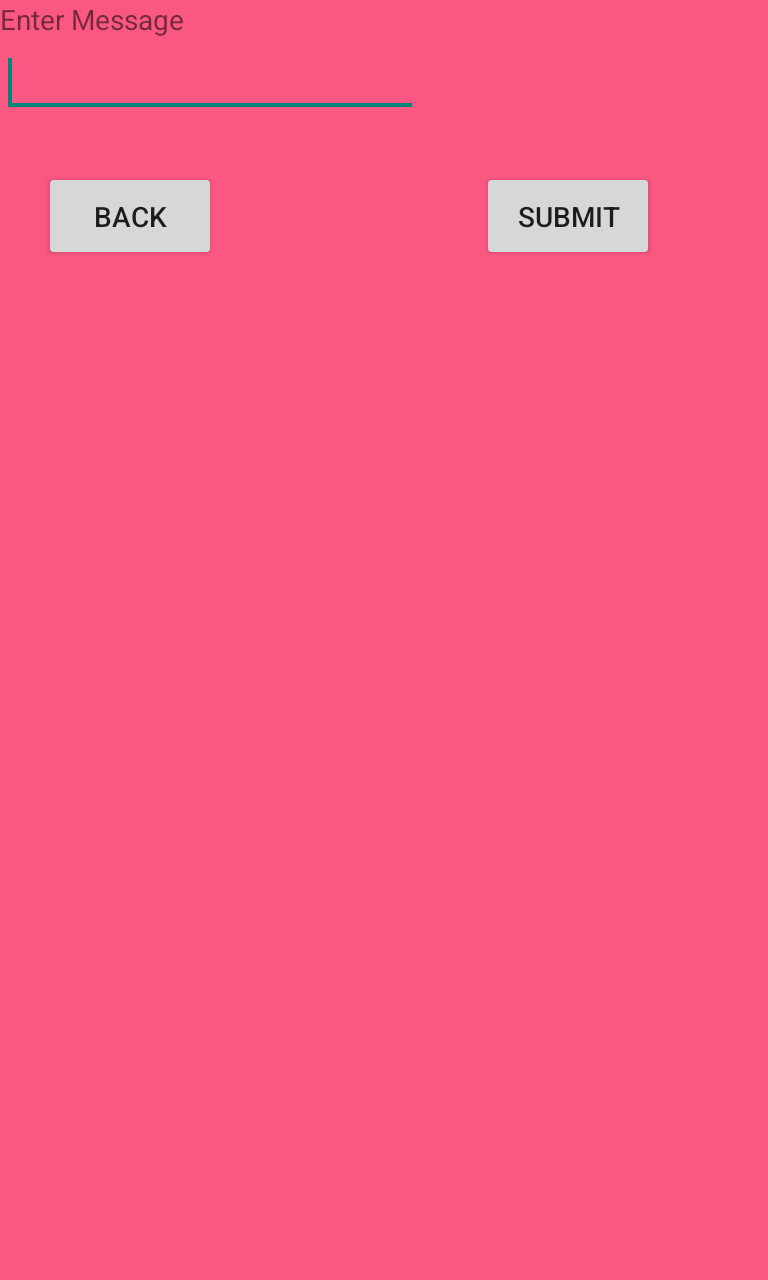
Repository: Clarenaliaka/code-challenge
Layout: ModernMum/res/layout/contacts.xml
An editor plug-in stored every save of this project. The layout is shown before and after the next save, followed by the edit.
It is drawn on a 768 x 1280 px phone screen (xhdpi) without system bars, with theme AppTheme; the app's code is not run.

Above is the layout before, as saved 2014-08-02 14:09:24.

After the next save:
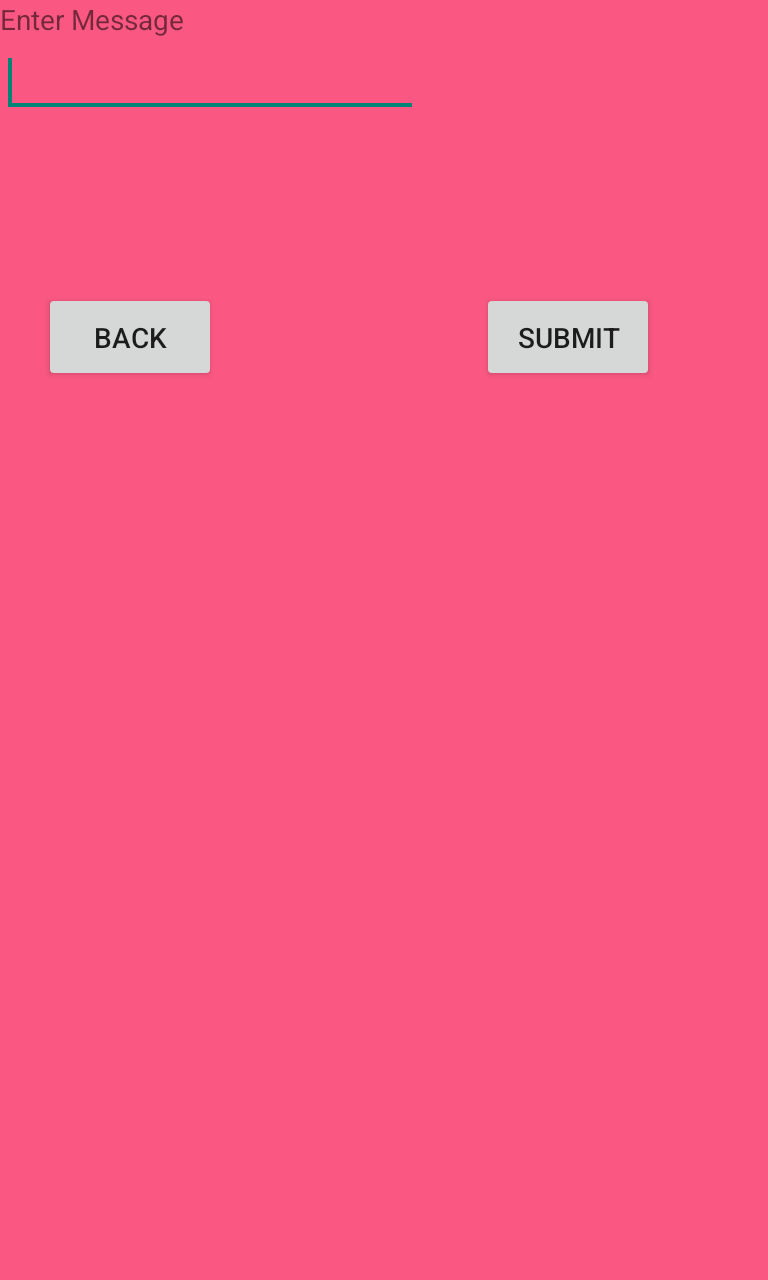
Saved 19 h 36 min later.
--- a/ModernMum/res/layout/contacts.xml
+++ b/ModernMum/res/layout/contacts.xml
@@ -7,7 +7,24 @@
 
 
 
+     <TextView
+        android:id="@+id/textView1"
+        android:layout_width="wrap_content"
+        android:layout_height="wrap_content"
+        android:layout_alignParentLeft="true"
+        android:layout_alignParentTop="true"
+        android:text="@string/des" />
 
+    <EditText
+        android:id="@+id/etmult"
+        android:layout_width="wrap_content"
+        android:layout_height="wrap_content"
+        android:layout_alignParentLeft="true"
+        android:layout_below="@+id/textView1"
+        android:ems="10" >
+
+        <requestFocus />
+    </EditText>
     <RelativeLayout
     android:layout_width="match_parent"
     android:layout_height="match_parent"
@@ -34,24 +51,7 @@
         android:layout_marginLeft="21dp"
         android:text="@string/btnback" />
 
-    <TextView
-        android:id="@+id/textView1"
-        android:layout_width="wrap_content"
-        android:layout_height="wrap_content"
-        android:layout_alignParentLeft="true"
-        android:layout_alignParentTop="true"
-        android:text="@string/des" />
 
-    <EditText
-        android:id="@+id/etmult"
-        android:layout_width="wrap_content"
-        android:layout_height="wrap_content"
-        android:layout_alignParentLeft="true"
-        android:layout_below="@+id/textView1"
-        android:ems="10" >
-
-        <requestFocus />
-    </EditText>
 
     </RelativeLayout>
 
